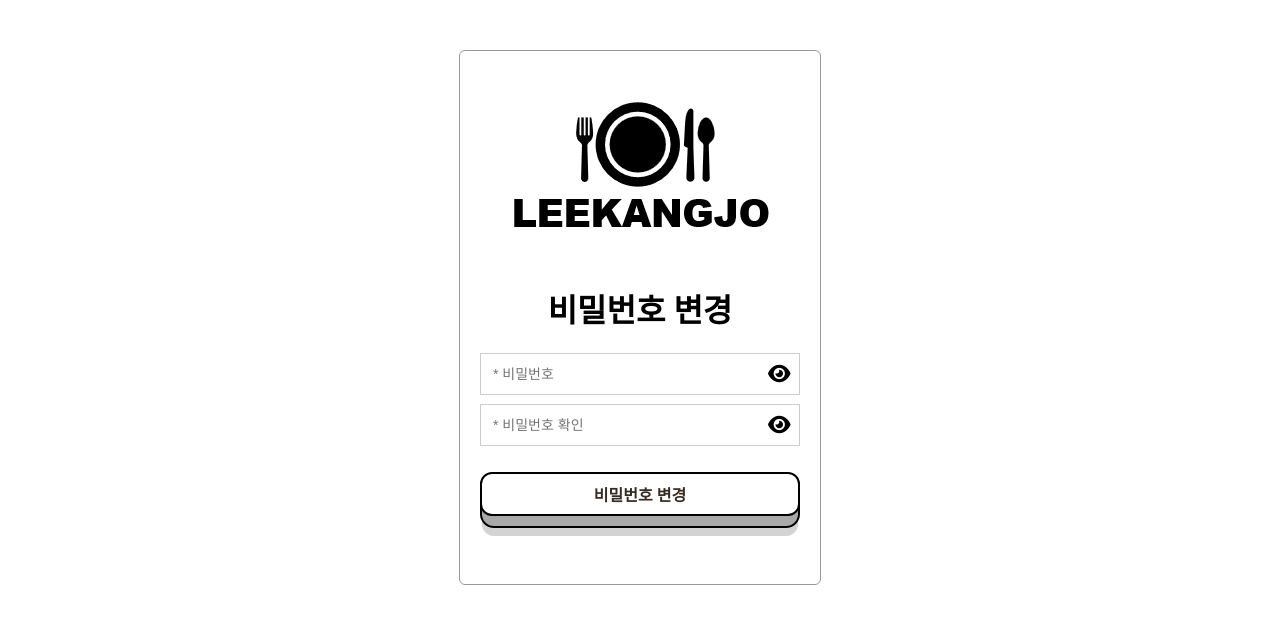
Repository: acredev/Restaurant_Management_System
Page: http://localhost/leekangjo/jsp/mypage/myinfo/myinfo_pwdchange.jsp
The author's editor kept a copy of each file at every save. The page is drawn from the files as they stood at one save, then again after the next save.
The browser window is 1280 px wide. The pictures show the whole page.
Some web libraries are served in a nearby version. The page is served by Tomcat 9. Other server files are loaded and not shown.

Above is the page before, as saved 2023-05-23 07:08:19.

### leekangjo/WebContent/jsp/mypage/myinfo/myinfo_pwdchange.jsp
<!--
마이페이지 > 나의 정보 > 비밀번호 변경 화면입니다.
 -->

<%@page import="java.sql.*"%>
<%@ page language="java" contentType="text/html; charset=UTF-8"
    pageEncoding="UTF-8"%>

<%
	//파라미터를 통해 받아온 아이디 값을 변수에 저장
	String user_id = request.getParameter("user_id");
	//세션에 MEMBERID 객체를 저장 (user_id 정보를 가져옴)
	session.setAttribute("MEMBERID", user_id);
	//MEMBERID 객체의 값을 memberId 문자열 변수에 저장
	String memberId = (String)session.getAttribute("MEMBERID");
	//만약, memberId 값이 null 이면 false(비로그인 상태)
	//memberId 값이 무언가 있다면 true(로그인 상태)
	boolean login = memberId == null ? false : true;
%>

<!doctype html>
<html>
    <head>
        <meta charset="utf-8">
        <title>비밍번호 변경</title>
        <link href="../../../css/signup_second.css" rel="stylesheet">
        <link href="../../../css/buttonST.css" rel="stylesheet">
        <link rel="icon" href="../../../img/favicon1.png" type="image/x-icon" sizes="16x16">
        <script src="https://kit.fontawesome.com/fd1cbb6da4.js" crossorigin="anonymous"></script>
        <script src="https://code.jquery.com/jquery-3.4.1.js"></script>
        <script src="../../../js/mypage.js"></script>
        <script src="../../../js/pwE.js"></script>
        <script src="../../../js/LoginJS.js"></script>
    </head>
    <body>
    	<form name="pwd_change" action="pwdchange_send.jsp" method="post">
    		<div id="box">
    			<div class="boxtitle">
    				<img src="../../../img/Logo4.png" alt="" class="loginImg" onclick="location.href='../../index.html'">
    				<h1>비밀번호 변경</h1>
            	</div>
            	<div class="form-item" id="EyeBox">
               		<input type="password" id="pwd" name="pwd" placeholder="* 비밀번호" onchange="signup_second_pwdchk()">
                	<i class="fa-solid fa-eye"></i>
            	</div>
            	<div class="form-item" id="EyeBox">
               		<input type="password" id="pwdsame" name="pwdsame" placeholder="* 비밀번호 확인" onchange="signup_second_pwdchk()">
               		<i class="fa-solid fa-eye"></i>
            	</div>
            	<div class="block">
					<button type="button" class="tagbarBT" id="change_pw" onclick="alert('민혁선배. 잠깐만 이리 와주세요.')">비밀번호 변경</button>
            	</div>
        	</div>
        	<input type="hidden" id="user_id" name="user_id" value="<%=user_id %>">
        	<input type="hidden" id="isPwdSame" name="isPwdSame" value="no">
    	</form>
    </body>
</html>

### leekangjo/WebContent/css/signup_second.css
#box {
    margin:50px auto; padding:20px; max-width:320px; border:1px solid #999; border-radius:6px;
}
.form-item {
    flex-direction: row-reverse;
    width: 100%;
    align-items: center;
    position: relative;
}
.form-item input {
    width: 92%;
    padding: 12px;
    font-size: 14px;
    color: #111111;
    border: 0;
    border: 1px #cccccc solid;
    margin-bottom: 3%;
}
.form-item input:focus {
    border-color:#0982f0;
    outline: none;
}
.boxtitle{
    text-align: center;
}
.block{
    padding-bottom: 15%;
}
#nextBT{
    width: 30%;
    background-color: aquamarine;
    float: right;
}
input::-webkit-outer-spin-button,
input::-webkit-inner-spin-button {
  -webkit-appearance: none;
  margin: 0;
}
i{
    position: absolute;
    cursor: pointer;
    font-size: 20px;
    top: 50%;
    margin-top: -15px;
    right: 50%;
    margin-right: -47%;
}
#change_pw{
    margin-top: 5%;
    width: 100%;
}

### leekangjo/WebContent/css/buttonST.css
/* 프로젝트 내부의 버튼 스타일을 결정하는 css 파일입니다. */

.tagbarBT {
  position: relative;
  cursor: pointer;
  font-size: inherit;
  font-family: inherit;
  font-weight: 600;
  color: #382b22;
  padding: 0.5em 1em;
  background: #ffffff;
  border: 2px solid #000;
  border-radius: 0.75em;
  transform-style: preserve-3d;
  transition: transform 150ms cubic-bezier(0, 0, 0.58, 1), background 150ms cubic-bezier(0, 0, 0.58, 1);
}

.tagbarBT::before {
  position: absolute;
  content: "";
  width: 100%;
  height: 100%;
  top: 0;
  left: 0;
  right: 0;
  bottom: 0;
  background: darkgray;
  border-radius: inherit;
  box-shadow: 0 0 0 2px #000, 0 0.625em 0 0 lightgray;
  transform: translate3d(0, 0.75em, -1em);
  transition: transform 150ms cubic-bezier(0, 0, 0.58, 1), box-shadow 150ms cubic-bezier(0, 0, 0.58, 1);
}

.tagbarBT:hover {
  background: lightgray;
  transform: translate(0, 0.25em);
}

.tagbarBT:hover::before {
  box-shadow: 0 0 0 2px , 0 0.5em 0 0 lightgray;
  transform: translate3d(0, 0.5em, -1em);
}

.tagbarBT:active {
  background: lightgray;
  transform: translate(0em, 0.75em);
}

.tagbarBT:active::before {
  box-shadow: 0 0 0 2px , 0 0;
  transform: translate3d(0, 0, -1em);
}

### leekangjo/WebContent/js/mypage.js
function myinfo_click()
{
	var user_id = document.getElementById("user_id");
	popupWindow = window.open("/leekangjo/myinfo/myinfo_pwdchk.jsp?user_id=" + user_id.value, "_blank","resizeable","toolbar=no");
		popupWindow.resizeTo(500,600);
		popupWindow.onresize=(_=>{
			popupWindow.resizeTo(500,600);
		})
}

function myinfo_pwdchk()
{
	document.myinfo_pwdchk.submit();
}

function myinfo_pwdchange()
{
	var user_id = document.getElementById("user_id");

	popupWindow = window.open("myinfo_pwdchange.jsp?user_id=" + user_id.value, "_blank","resizeable","toolbar=no");
	popupWindow.resizeTo(500,650);
	popupWindow.onresize=(_=>{
		popupWindow.resizeTo(500,650);
	});
}

function myinfo_pwdchange_chk()
{
	var pwd = document.pwd_change.pwd.value;
	var pwdsame = document.pwd_change.pwdsame.value;
	var pwd_chk = /^[a-zA-Z0-9]{6,16}$/;

	if (!pwd_chk.test(pwd))
	{
		window.alert("비밀번호는 6글자 이상, 16글자 이하로만 사용 가능합니다.");
		document.pwd_change.pwd.focus();
	}
	else
	{
		if (pwd!= "" && pwdsame != "")
		{
			if (pwd == pwdsame)
			{
				document.getElementById("pwdsame_result").value = "비밀번호가 일치합니다.";
				document.getElementById("pwdsame_result").style.color = "blue";
				document.getElementById("isPwdSame").value = "yes";
			}
			else
			{
				document.getElementById("pwdsame_result").value = "비밀번호가 일치하지 않습니다.";
				document.getElementById("pwdsame_result").style.color = "red";
				document.getElementById("isPwdSame").value = "no";
			}
		}
	}
}

function myinfo_pwdchange_finish()
{
	var isPwdSame = document.getElementById("isPwdSame");

	if (isPwdSame.value == "no")
	{
		alert("비밀번호가 일치하지 않습니다. 확인 후 다시 시도해 주세요.");
	}
	else
	{
		alert("비밀번호 변경사항이 발생했습니다. '나의 정보 → 저장' 버튼을 눌러 변경사항을 저장해 주세요.");
		opener.document.myinfo.isPwdChange.value = document.pwd_change.pwd.value;
		opener.document.myinfo.pwd_change.disabled = "disabled";
		opener.document.myinfo.pwd_change.style.backgroundColor = "#DDDDDD";
		opener.document.myinfo.pwd_change.innerText = "비밀번호 변경완료";
		opener.document.myinfo.pwd_change.style.color = "blue";
		close();
	}
}

function myinfo_telchange()
{
	popupWindow = window.open("myinfo_telchange.jsp", "_blank","resizeable","toolbar=no");
	popupWindow.resizeTo(500,600);
	popupWindow.onresize=(_=>{
	popupWindow.resizeTo(500,600);
	})
}

function myinfo_emailchk()
{
	var user_email = document.getElementById("user_email");
	var email_chk = /^[0-9a-zA-Z]([-_.]?[0-9a-zA-Z])*@[0-9a-zA-Z]([-_.]?[0-9a-zA-Z])*.[a-zA-Z]{2,3}$/i;
	if (user_email.value == "")
	{
		alert("이메일 입력 후 다시 시도해 주세요.");
		email.focus();
	}
	else if (!email_chk.test(user_email.value))
	{
		alert("이메일 형식에 맞지 않습니다. 이메일을 올바르게 입력 후 다시 시도해 주세요.");
		user_email.focus();
	}
	else
	{
		popupWindow = window.open("myinfo_emailchange.jsp", "_blank","resizeable","toolbar=no");
		popupWindow.resizeTo(500,600);
		popupWindow.onresize=(_=>{
			popupWindow.resizeTo(500,600);
		})
	}
}

function myinfo_telchk()
{
	var user_tel = document.getElementById("user_tel");
	var tel_num_chk = /^01([0|1|6|7|8|9])-?([0-9]{3,4})-?([0-9]{4})$/;

	if (user_tel.value == "")
	{
		alert("휴대폰 번호가 입력되지 않았습니다. 휴대폰 번호를 입력하고, 다시 시도해 주세요.");
		user_tel.focus();
	}
	else if (!tel_num_chk.test(user_tel.value))
	{
		alert("휴대폰 번호 형식에 맞지 않습니다. 휴대폰 번호 입력 시, 하이픈 (-) 제거 후 숫자만 입력 바랍니다.");
	}
	else
	{
		document.form_telchange.submit();
	}
}


function myinfo_saveBtn()
{

	var user_name = document.getElementById("user_name");
	var user_email = document.getElementById("user_email");
	var user_tel = document.getElementById("user_tel");

	var isEmailChange = document.getElementById("isEmailChange");
	var isTelChange = document.getElementById("isTelChange");
	var isPwdChange = document.getElementById("isPwdChange");


	if (isEmailChange.value == "no" && isTelChange.value == "no" && isPwdChange.value == "no")
	{
		alert("회원정보를 수정할 변경사항이 존재하지 않습니다. 확인 후 다시 시도해 주세요.");
	}
	else
	{
		if (isEmailChange.value == "yes" && isTelChange.value == "no" && isPwdChange.value == "no")
		{
			alert(user_name.value + " 회원님의 이메일 주소가 변경되었습니다.\n[변경내용]이메일 주소 : " + user_email.value);
			document.myinfo.submit();
		}
		else if (isEmailChange.value == "no" && isTelChange.value == "yes" && isPwdChange.value == "no")
		{
			alert(user_name.value + " 회원님의 휴대폰 번호가 변경되었습니다.\n[변경내용]휴대폰 번호 : " + user_tel.value);
			document.myinfo.submit();
		}
		else if (isEmailChange.value == "no" && isTelChange.value == "no" && isPwdChange.value != "no")
		{
			alert(user_name.value + " 회원님의 비밀번호 변경이 완료되었습니다.");
			document.myinfo.submit();
		}
		else if (isEmailChange.value == "yes" && isTelChange.value == "yes" && isPwdChange.value == "no")
		{
			alert(user_name.value + " 회원님의 이메일 주소와 휴대폰 번호가 변경되었습니다.\n[변경내용]휴대폰 번호 : " + user_tel.value + "\n이메일 주소 : " + user_email.value);
			document.myinfo.submit();
		}
		else if (isEmailChange.value == "yes" && isTelChange.value == "no" && isPwdChange.value != "no")
		{
			alert(user_name.value + " 회원님의 이메일 주소와 비밀번호가 변경되었습니다.\n[변경내용]이메일 주소 : " + user_email.value);
			document.myinfo.submit();
		}
		else if (isEmailChange.value == "no" && isTelChange.value == "yes" && isPwdChange.value != "no")
		{
			alert(user_name.value + " 회원님의 휴대폰 번호와 비밀번호가 변경되었습니다.\n[변경내용]휴대폰 번호 : " + user_tel.value);
			document.myinfo.submit();
		}
		else
		{
			alert("오류가 발생했습니다. 처음부터 다시 시도 바랍니다.");
			close();
		}
	}
}

function myinfo_remove()
{
	var user_id = document.getElementById("user_id");
	popupWindow = window.open("/leekangjo/myinfo_remove.jsp?user_id=" + user_id.value, "_blank","resizeable","toolbar=no");
		popupWindow.resizeTo(500,600);
		popupWindow.onresize=(_=>{
			popupWindow.resizeTo(500,600);
		})
}

function myinfo_remove_chk()
{
	document.myinfo_remove.submit();
}

### leekangjo/WebContent/js/pwE.js
$(document).ready(function(){
    $('.form-item i').on('click',function(){
        $('input').toggleClass('active');
        if($('input').hasClass('active')){
            $(this).attr('class',"fa-solid fa-eye-slash")
            .prev('input').attr('type',"text");
        }else{
            $(this).attr('class',"fa-solid fa-eye")
            .prev('input').attr('type','password');
        }
    });
});

### leekangjo/WebContent/js/LoginJS.js
function maxLengthCheck(object){
    if (object.value.length > object.maxLength){
      object.value = object.value.slice(0, object.maxLength);
    }
  }

function login_first_check()
{
	var id = document.getElementById("tell");

	if (id.value == "")
	{
		alert("아이디 입력 후 다시 시도해 주세요.");
		tell.focus();
		return false;
	}
	else
	{
		document.login_first.submit();
		return true;
	}
}

function login_second_check()
{
	var pwd = document.getElementById("pwd");

	if (pwd.value == "")
	{
		alert("비밀번호 입력 후 다시 시도해 주세요.");
		pwd.focus();
		return false;
	}
	else
	{
		document.login_second.submit();
		return true;
	}
}

After the next save:
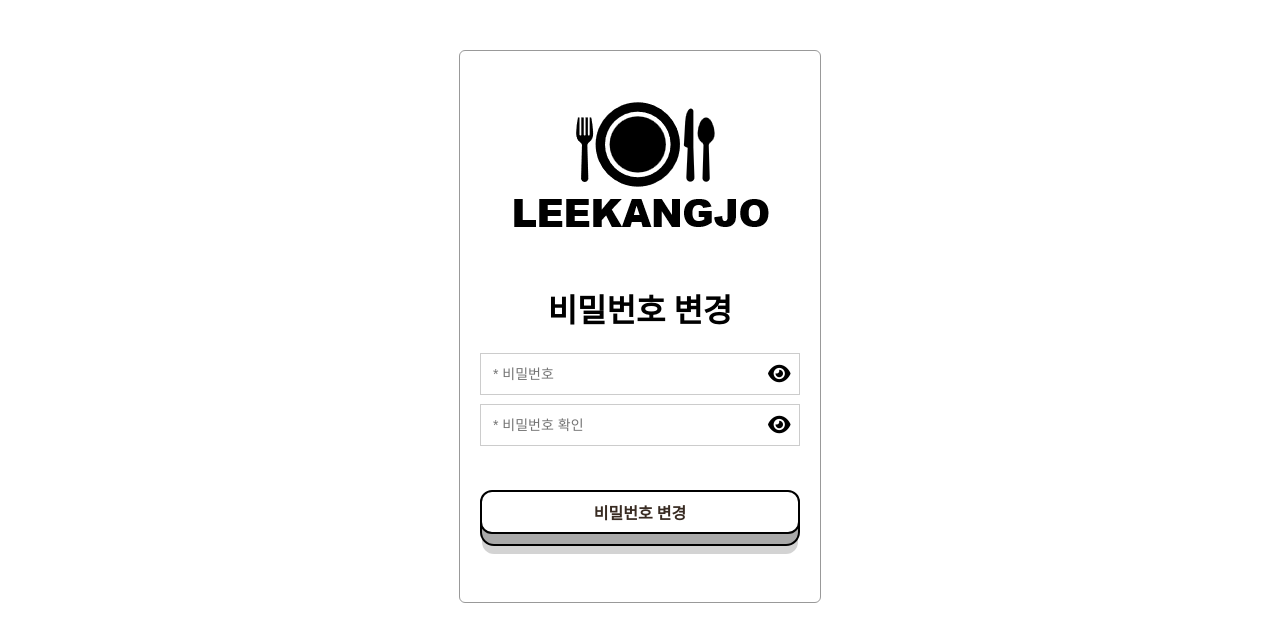
Saved 22 min 54 s later.
--- a/leekangjo/WebContent/jsp/mypage/myinfo/myinfo_pwdchange.jsp
+++ b/leekangjo/WebContent/jsp/mypage/myinfo/myinfo_pwdchange.jsp
@@ -48,6 +48,7 @@
                		<i class="fa-solid fa-eye"></i>
             	</div>
             	<div class="block">
+            		<input type="text" id="pwdsame_result" value="" style="border:0 solid black" readonly>
 					<button type="button" class="tagbarBT" id="change_pw" onclick="alert('민혁선배. 잠깐만 이리 와주세요.')">비밀번호 변경</button>
             	</div>
         	</div>
